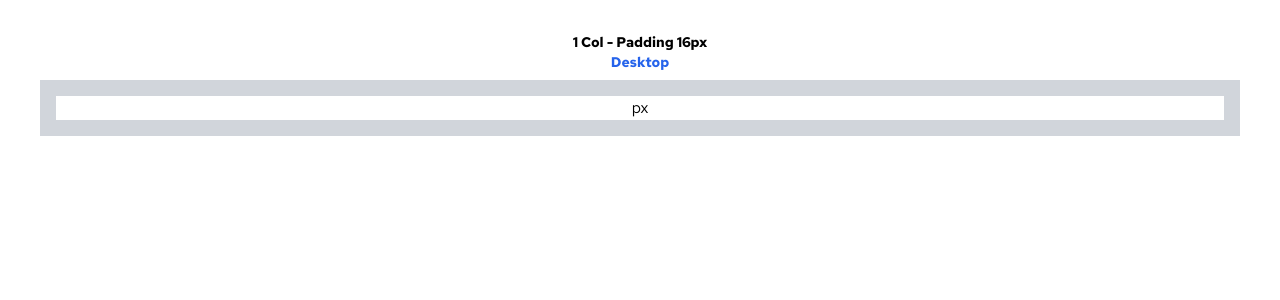
Repository: fabianwurk/vue-tailwind
Page: /
An editor plug-in stored every save of this project. The page is shown before and after the next save, followed by the edit.
The browser window is 1280 px wide. The pictures show the whole page.
The project was rebuilt for these pictures with package versions that can differ from the ones it lists, and the page was loaded fresh each time. Also part of the build but not shown: vite.config.js.

Above is the page before, as saved 2021-03-16 23:46:38.
Console error: TypeError: this.innerWidth is not a function

### index.html
<!DOCTYPE html>
<html lang="en">
  <head>
    <link rel="preconnect" href="https://fonts.gstatic.com">
<link href="https://fonts.googleapis.com/css2?family=Red+Hat+Text:wght@400;700&display=swap" rel="stylesheet">
    <meta charset="UTF-8" />
    <link rel="icon" href="/favicon.ico" />
    <meta name="viewport" content="width=device-width, initial-scale=1.0" />
    <title>Vite App</title>
  </head>
  <body>
    <div id="app"></div>
    <script type="module" src="/src/main.js"></script>
  </body>
</html>

### src/App.vue
<template>
  <Large />
  <!--<Medium />-->
</template>

<script setup>
import Large from './components/Large.vue';
// import Medium from './components/Medium.vue';

</script>

### src/index.css
/* ./src/index.css */
@tailwind base;

body {
  font-family: 'Red Hat Text', sans-serif;
}
@tailwind components;
@tailwind utilities;

### src/components/Large.vue
<template>
  <div>

    <div class="container mx-auto">
      <h2 class="text-sm font-bold mb-2 mt-8 text-center">
        1 Col - Padding 16px
        <span class="block md:hidden lg:hidden text-center text-blue-600 text-xl">Mobile</span>
        <span class="hidden md:block lg:hidden text-center text-blue-600">Tablet</span>
        <span class="hidden md:hidden lg:block text-center text-blue-600">Desktop</span>
      </h2>
      <div class="flex items-center">
        <div class="w-full bg-gray-300 mb-4 mt-0 py-4 px-4 text-center">
          <span class="bg-white w-full block" ref="boxWidth">{{width1}}px</span>
        </div>
      </div>
    </div>

  </div>
</template>

<script>
export default {
  data() {
    return {
      width1: null,
    };
  },
  mounted() {
  	this.innerWidth()
  },
  created() {
  window.addEventListener("resize", this.resizeWidthEvent);
  },
  destroyed() {
    window.removeEventListener("resize", this.resizeWidthEvent);
  },
  methods: {
    resizeWidthEvent(e) {
      this.width1 = this.$refs.boxWidth.clientWidth;
    }
  }
}
</script>

### tailwind.config.js
module.exports = {
  purge: ['./index.html', './src/**/*.{vue,js,ts,jsx,tsx}'],
  darkMode: false, // or 'media' or 'class'
  theme: {
    extend: {
      container: {
        'md': {'max': '768px'},
      },
      screens: {
        'xl': {'min': '1200px', 'max': '1280px'},
        '2xl': {'max': '1280px'},
      },
    },
  },
  variants: {
    extend: {},
  },
  plugins: [],
}

Loaded but not shown: src/main.js (common file)

After the next save:
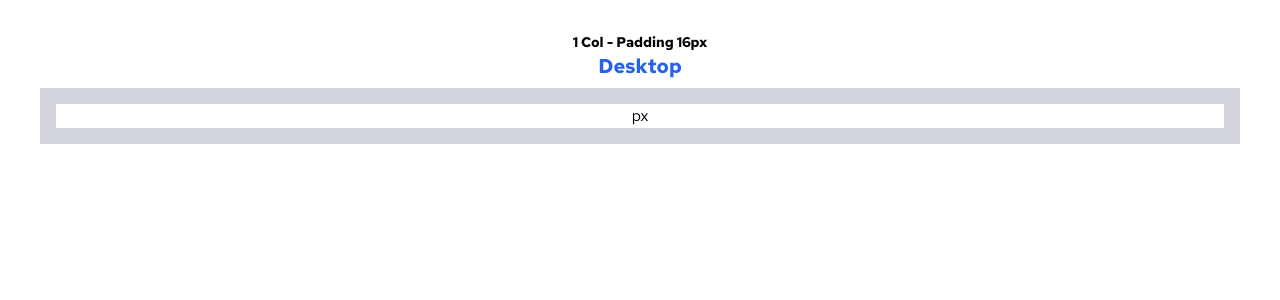
Saved 8 s later.
--- a/src/components/Large.vue
+++ b/src/components/Large.vue
@@ -5,8 +5,8 @@
       <h2 class="text-sm font-bold mb-2 mt-8 text-center">
         1 Col - Padding 16px
         <span class="block md:hidden lg:hidden text-center text-blue-600 text-xl">Mobile</span>
-        <span class="hidden md:block lg:hidden text-center text-blue-600">Tablet</span>
-        <span class="hidden md:hidden lg:block text-center text-blue-600">Desktop</span>
+        <span class="hidden md:block lg:hidden text-center text-blue-600 text-xl">Tablet</span>
+        <span class="hidden md:hidden lg:block text-center text-blue-600 text-xl">Desktop</span>
       </h2>
       <div class="flex items-center">
         <div class="w-full bg-gray-300 mb-4 mt-0 py-4 px-4 text-center">
